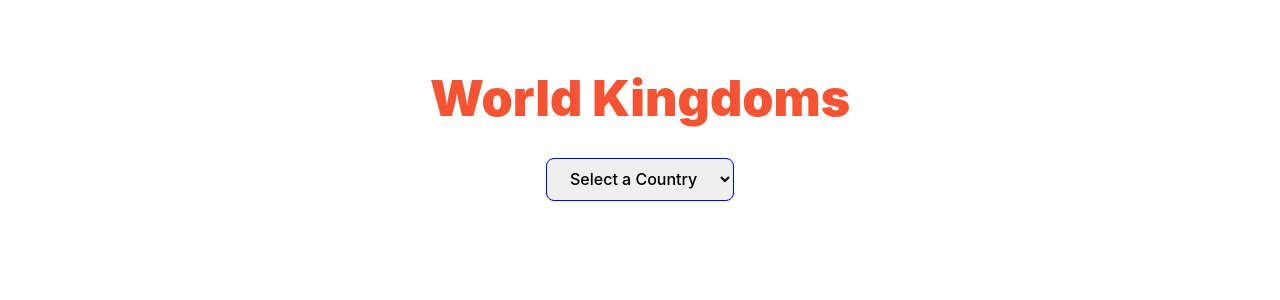
Repository: GloGlorGloria/COMP3170-lab7
Page: /
These files come from the project's save history. The page is drawn as it stood at one moment and after a run of saves; the edit follows.
The browser window is 1280 px wide. The pictures show the whole page.
The page's requests for data from a server got no answer. The project was rebuilt for these pictures with package versions that can differ from the ones it lists, and the page was loaded fresh each time. No one was signed in, and anything a server would have sent is missing. Also part of the build but not shown: vite.config.js, src/components/Details.jsx.

Above is the page before, as saved 2024-11-24 02:16:21.

### index.html
<!doctype html>
<html lang="en">
  <head>
    <meta charset="UTF-8" />
    <link rel="icon" type="image/svg+xml" href="/Globe icon.png" />
    <meta name="viewport" content="width=device-width, initial-scale=1.0" />
    <title>World Kingdoms</title>
  </head>
  <body>
    <div id="root"></div>
    <script type="module" src="/src/main.jsx"></script>
  </body>
</html>

### src/index.css
:root {
  font-family: Inter, system-ui, Avenir, Helvetica, Arial, sans-serif;
  line-height: 1.5;
  font-weight: 400;

  color-scheme: light dark;
  color: rgba(255, 255, 255, 0.87);
  background-color: #242424;

  font-synthesis: none;
  text-rendering: optimizeLegibility;
  -webkit-font-smoothing: antialiased;
  -moz-osx-font-smoothing: grayscale;
}

a {
  font-size: 50px;
  font-weight: 900;
  color: #f55332;
  text-decoration: inherit;
}
a:hover {
  color: #e3690c;
}


/* h1 {
  font-size: 50px;
  line-height: 1.1;
}

h1:hover{
  color: #ed9614;
} */

.dropdown {
  border-radius: 8px;
  border: 1px solid blue;
  padding: 0.6em 1.2em;
  font-size: 1em;
  font-weight: 500;
  font-family: inherit;
  cursor: pointer;
  transition: border-color 0.25s;
}
/* button:hover {
  border-color: #646cff;
}
button:focus,
button:focus-visible {
  outline: 4px auto -webkit-focus-ring-color;
} */

@media (prefers-color-scheme: light) {
  :root {
    color: #213547;
    background-color: #ffffff;
  }
  a:hover {
    color: #747bff;
  }
  button {
    background-color: #f9f9f9;
  }
}

### src/App.jsx
import { BrowserRouter, Routes, Route } from 'react-router-dom';
import Countries from './components/Countries';
import Details from './components/Details';
import './App.css'

function App() {
  return (
       <BrowserRouter>
          <Routes>
          <Route path="/" element={<Countries />}>
            <Route path="/countries/:cca2?" element={<Details />}>
            </Route>
          </Route>
        </Routes>
       </BrowserRouter>
  );
}

export default App

### src/components/Countries.jsx
import { useEffect, useState } from 'react';
import {useNavigate, NavLink, Outlet} from "react-router-dom";


export default function Countries() {
  const [countries, setCountries] = useState([]);
  const [selectedOption, setSelectedOption] = useState("Select a Country");
  const [fetchStatus, setFetchStatus] = useState('idle');
  const navigate = useNavigate();
  const isLoading = fetchStatus === 'loading';
  const isError = fetchStatus === 'error';

  useEffect(() => {
    async function fetchData() {
      try {
        setFetchStatus('loading');
        const response = await fetch('https://restcountries.com/v3.1/name/kingdom');
        if (!response.ok) {
          throw new Error ('Failed to fetch countries');
        }
        const data = await response.json();
        setCountries(data);
        setFetchStatus('idle');
        console.log(countries);
      } catch(e){
        setFetchStatus('error');
        console.error(e.message);
      }
    }
    fetchData();
  }, []);

  useEffect(() => {
    if (location.pathname === "/") {
      setSelectedOption("Select a Country");
    }
  }, [location]);


  const handleCountrySelect = (event) => {
    const countryName = event.target.value;
    setSelectedOption(countryName);

    if (countryName === "Select a Country") {
      navigate("/");
      return;
    }

    const selectedCountry = countries.find((country) => country.name.common === countryName);

    if (selectedCountry) {
    navigate(`/countries/${selectedCountry.cca2}`, { state: {selectedCountry} });
  }};

  return (
    <div>
      <h1>
        <NavLink
        to="/"
        onClick={() => setSelectedOption("Select a Country")}
        >World Kingdoms</NavLink>
      </h1>
      <div className='select_container'>
        <select className='dropdown' value={selectedOption} onChange={handleCountrySelect} >
          <option>Select a Country</option>
          {countries.map((country, index) => (
            <option
            key={index}
            value={country.name.common}
            >
            {country.name.common}
            </option>
          ))}
        </select>
      </div>

      <Outlet/>
      </div>
    );
  };

Loaded but not shown: src/main.jsx (common file); src/App.css (common file)

After the next 2 saves:
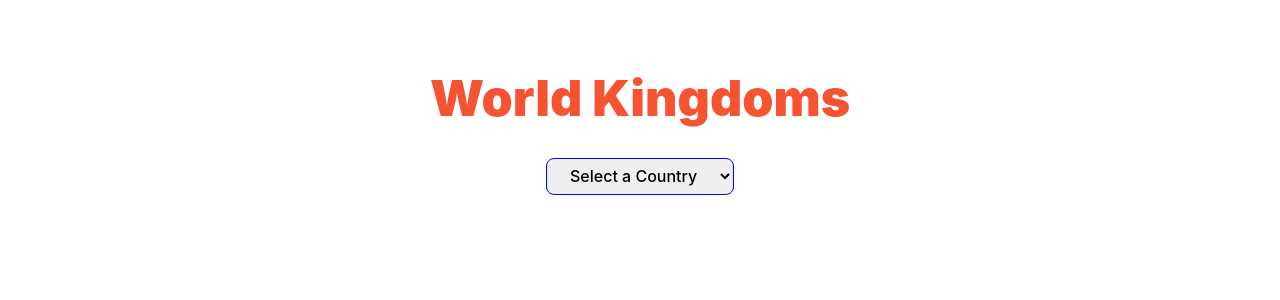
The 2 saves are shown as one change because they came seconds apart.
The last was saved 42 s later.
--- a/src/index.css
+++ b/src/index.css
@@ -36,7 +36,7 @@ h1:hover{
 .dropdown {
   border-radius: 8px;
   border: 1px solid blue;
-  padding: 0.6em 1.2em;
+  padding: 0.4em 1.2em;
   font-size: 1em;
   font-weight: 500;
   font-family: inherit;
